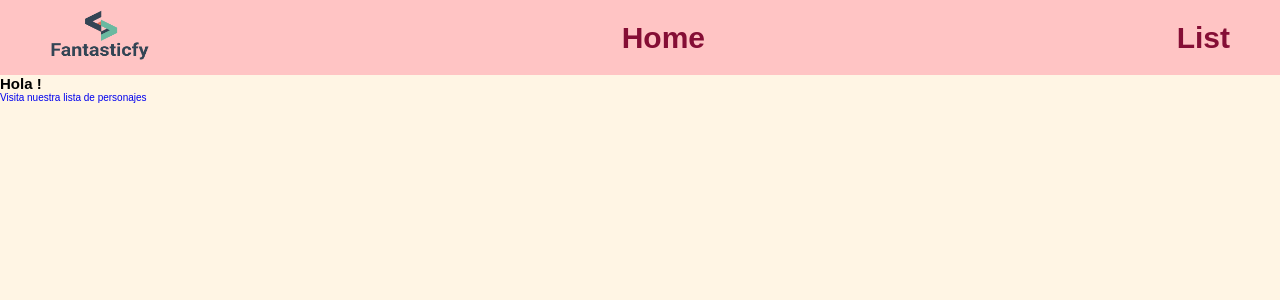
Repository: ChristianGecchelin/fullstack-react-node-fantasticfy
Page: / (app in front/)
These files come from the project's save history. The page is drawn as it stood at one moment and after the next save; the edit follows.
The browser window is 1280 px wide. The pictures show the whole page.
The project was rebuilt for these pictures with package versions that can differ from the ones it lists, and the page was loaded fresh each time. Also part of the build but not shown: front/src/Components/UserCard/index.css, front/src/Components/UserCard/index.jsx, front/src/Pages/UserList.jsx, front/src/Pages/UserProfile.jsx, front/src/App.css.

Above is the page before, as saved 2022-09-06 12:55:13.

### front/src/index.js
import React from "react";
import ReactDOM from "react-dom/client";
import "./index.css";
import App from "./App";
import { BrowserRouter } from "react-router-dom";
import { ContexProviderWrapper } from "./Context/userContext";

const root = ReactDOM.createRoot(document.getElementById("root"));
root.render(
  <React.StrictMode>
    <BrowserRouter>
      <ContexProviderWrapper>
        <App />
      </ContexProviderWrapper>
    </BrowserRouter>
  </React.StrictMode>
);

### front/src/index.css
:root{
  --main-color:#FFF5E4;
  --secondary-color:#FFC4C4;
  --third-color:#EE6983;
  --fourth-color:#850E35;
}
* {
  margin: 0;
  padding: 0;
  box-sizing: border-box;
}
html {
  font-size: 62.5%;
  font-family: sans-serif;
}
html,body{
  background-color:var(--main-color)
}
ul{
  list-style: none;
}
a{
  text-decoration: none;
}

### front/src/App.js
import { Routes, Route, Link } from "react-router-dom";
import { HomePage } from "./Pages/HomePage";
import { UserList } from "./Pages/UserList";
import { UserProfile } from "./Pages/UserProfile";
import { Nav } from "./Components/nav/Nav";
import "./App.css";

function App() {
  return (
    <div className="App">
      <Nav />
      <Routes>
        <Route path="/" element={<HomePage />} />
        <Route path="/user-list" element={<UserList />} />
        <Route path="/user-profile/:id" element={<UserProfile />} />
      </Routes>
    </div>
  );
}

export default App;

### front/src/Context/userContext.jsx
import React from "react";
import { createContext, useState } from "react";

const userContext = createContext();

function ContexProviderWrapper(props) {
  return (
    <userContext.Provider value={{}}>{props.children}</userContext.Provider>
  );
}
export { ContexProviderWrapper, userContext };

### front/src/Pages/HomePage.jsx
import React from "react";
import { Link } from "react-router-dom";

export const HomePage = () => {
  return (
    <div className="container-home">
      <h2>Hola !</h2>
      <Link to={`/user-list`}>
        <p>Visita nuestra lista de personajes</p>
      </Link>
    </div>
  );
};

### front/src/Components/nav/Nav.jsx
import React from "react";
import { Link } from "react-router-dom";
import logo from "../../Assets/logo-fantasticfy.webp";
import "./index.css";
export const Nav = () => {
  return (
    <nav>
      <ul>
        <li>
          <Link to="/">
            <img src={logo} alt="fantasticfy" />
          </Link>
        </li>
        <li>
          <Link to="/">
            <h2>Home</h2>
          </Link>
        </li>
        <li>
          <Link to="/user-list">
            <h2>List</h2>
          </Link>
        </li>
      </ul>
    </nav>
  );
};

### front/src/Components/nav/index.css
nav{
    height: auto;
    background-color: var(--secondary-color);
}
nav ul{
    display: flex;
    flex-direction: row;
    justify-content: space-between;
    align-items: center;
    padding: 10px 50px;
}
nav a{
    font-size: 2rem;
    line-height: 2.3rem;
    color: var(--fourth-color);
}
nav img{
    width: 100px;
    height: 50px;
}
nav a:visited{
    color: var(--fourth-color);
}

### front/src/Pages/index.css
.section-page{
    display: flex;
    flex-direction: column;
    flex-wrap: wrap;
    justify-content: center;
    align-items: center;
    padding: 30px;
    gap: 50px;
}
.container--search-bar{
    display: flex;
    flex-direction: row;
    gap: 30px;
    width: 100%;
    justify-content: center;
    margin-bottom: 50px;
}
.container--search-bar input,
.container--search-bar select{
    padding: 5px 10px;
    border:2px solid var(--fourth-color);
    background-color:var(--main-color)
}
.container--search-bar select{
    cursor:pointer
}

.card-list{
    display: flex;
    flex-direction: row;
    flex-wrap: wrap;
    justify-content: center;
    align-items: center;
    gap: 60px;
}
.container-user{
    display: flex;
    flex-direction: row;
    justify-content: center;
    align-items:center;
    flex-wrap: wrap;
    gap: 50px;
    padding: 50px 10px;
}
.container-user .img-user{
    height: 250px;
}
.section-relatedUsers{
    display: flex;
    flex-direction: column;
    justify-content: center;
    align-items:center;
    width:100%;
    gap: 60px;
}
.container-relatedUsers{
    display: flex;
    flex-direction: row;
    flex-wrap: wrap;
    justify-content: center;
    align-items:center;
    gap: 60px;
}
.container-info{
    display: flex;
    flex-direction: column;
    justify-content: flex-end;
    align-items:flex-start;
    font-size: 2rem;
    text-align: left;
    gap: 5px;
}

Loaded but not shown: front/public/index.html (common file)

After the next save:
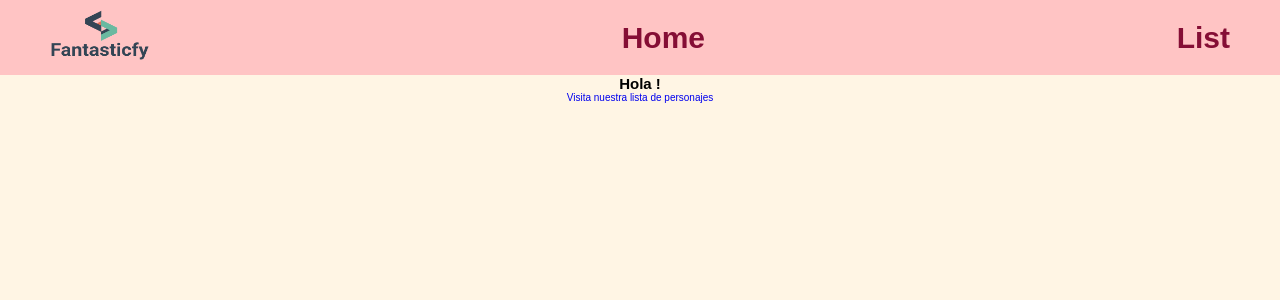
Saved 3 min 35 s later.
--- a/front/src/Pages/index.css
+++ b/front/src/Pages/index.css
@@ -70,3 +70,9 @@
     text-align: left;
     gap: 5px;
 }
+.container-home{
+    display: flex;
+    flex-direction: column;
+    align-items:center;
+    justify-content: center;
+}
